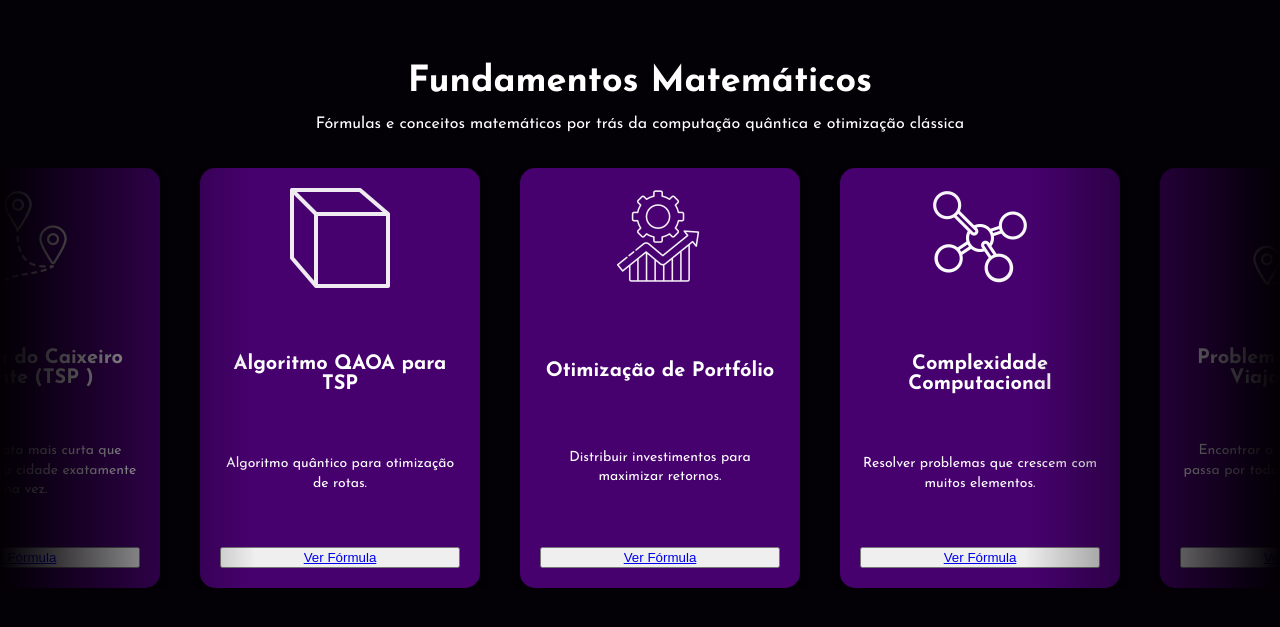
Repository: Everson9/Projeto-de-escalabilidade-quantica-definitivo
Page: fundamentos.html
These files come from the project's save history. The page is drawn as it stood at one moment and after the next save; the edit follows.
The browser window is 1280 px wide. The pictures show the whole page.

Above is the page before, as saved 2025-10-01 09:53:26.

After the next save:
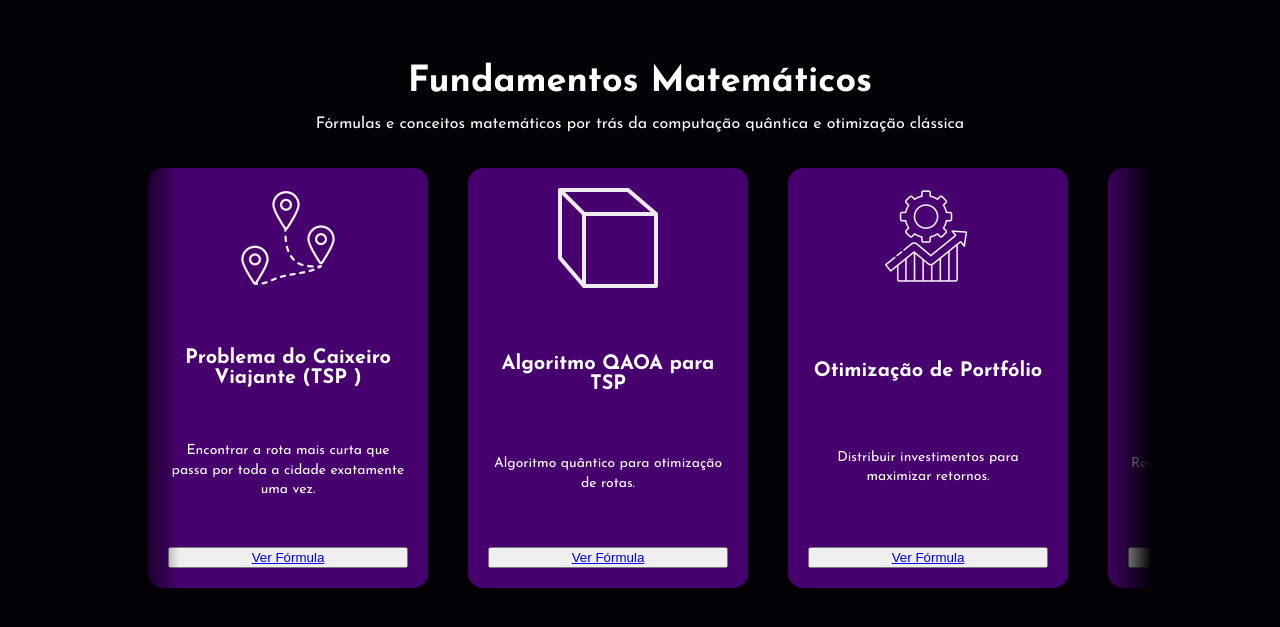
Saved 37 s later.
--- a/fundamentos.css
+++ b/fundamentos.css
@@ -66,32 +66,55 @@
 
 /* --- Novas Classes para o Carrossel --- */
 
-.carousel-container {
+.carousel-wrapper {
+    position: relative; /* Necessário para posicionar as setas */
     width: 100%;
     display: flex;
-    justify-content: flex-start; /* Alinha a trilha no início */
-    overflow: hidden; /* Essencial para esconder o que está fora da tela */
-    -webkit-mask-image: linear-gradient(to right, transparent, black 20%, black 80%, transparent);
-    mask-image: linear-gradient(to right, transparent, black 20%, black 80%, transparent);
+    align-items: center;
+    justify-content: center;
+}
+
+.carousel-container {
+    width: 80%; /* Ajuste a largura conforme necessário */
+    overflow: hidden;
+    -webkit-mask-image: linear-gradient(to right, transparent, black 5%, black 95%, transparent);
+    mask-image: linear-gradient(to right, transparent, black 5%, black 95%, transparent);
 }
 
 .carousel-track {
-    display: flex; /* Coloca os cards em linha */
-    animation: scroll 40s linear infinite; /* Aplica a animação */
+    display: flex;
+    /* Removemos a animação automática */
+    transition: transform 0.5s ease-in-out; /* Adiciona uma transição suave */
 }
 
-.carousel-container:hover .carousel-track {
-    animation-play-state: paused; /* Pausa a animação ao passar o mouse */
+.carousel-btn {
+    position: absolute;
+    top: 50%;
+    transform: translateY(-50%);
+    background-color: rgba(3, 1, 5, 0.8);
+    color: white;
+    border: 1px solid #7703BA;
+    border-radius: 50%;
+    width: 50px;
+    height: 50px;
+    display: flex;
+    align-items: center;
+    justify-content: center;
+    font-size: 24px;
+    cursor: pointer;
+    z-index: 10;
+    transition: background-color 0.3s, transform 0.2s;
 }
 
-/* Animação de Rolagem */
-@keyframes scroll {
-    0% {
-        transform: translateX(0);
-    }
-    100% {
-        /* Move a trilha para a esquerda pelo tamanho exato da primeira metade dos cards */
-        /* (240px de largura + 40px de margem) * 4 cards = 1120px */
-        transform: translateX(calc(-280px * 4));
-    }
+.carousel-btn:hover {
+    background-color: #7703BA;
+    transform: translateY(-50%) scale(1.1);
 }
+
+#prev-btn {
+    left: 20px; /* Posição da seta esquerda */
+}
+
+#next-btn {
+    right: 20px; /* Posição da seta direita */
+}
